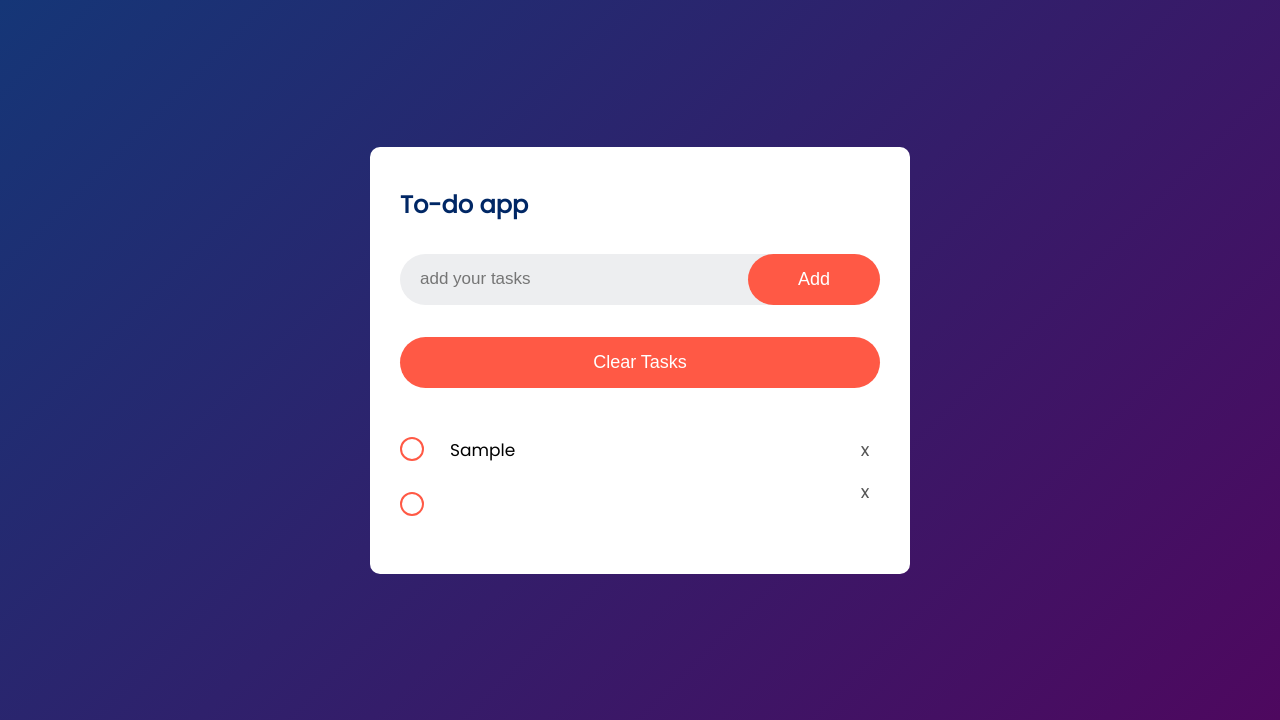
Repository: samoshi/To-do
Page: http://localhost/
An editor plug-in stored every save of this project. The page is shown before and after the next save, followed by the edit.
The browser window is 1280 px wide. The pictures show the whole page.
Empty fields were first filled with sample values (such as "Sample", 5 or name@example.com).
After loading, the first visible `button` was clicked once.
The page is served by the project's application, run on Flask 3 (app/app.py).

Above is the page before, as saved 2024-01-14 12:06:42.

After the next save:
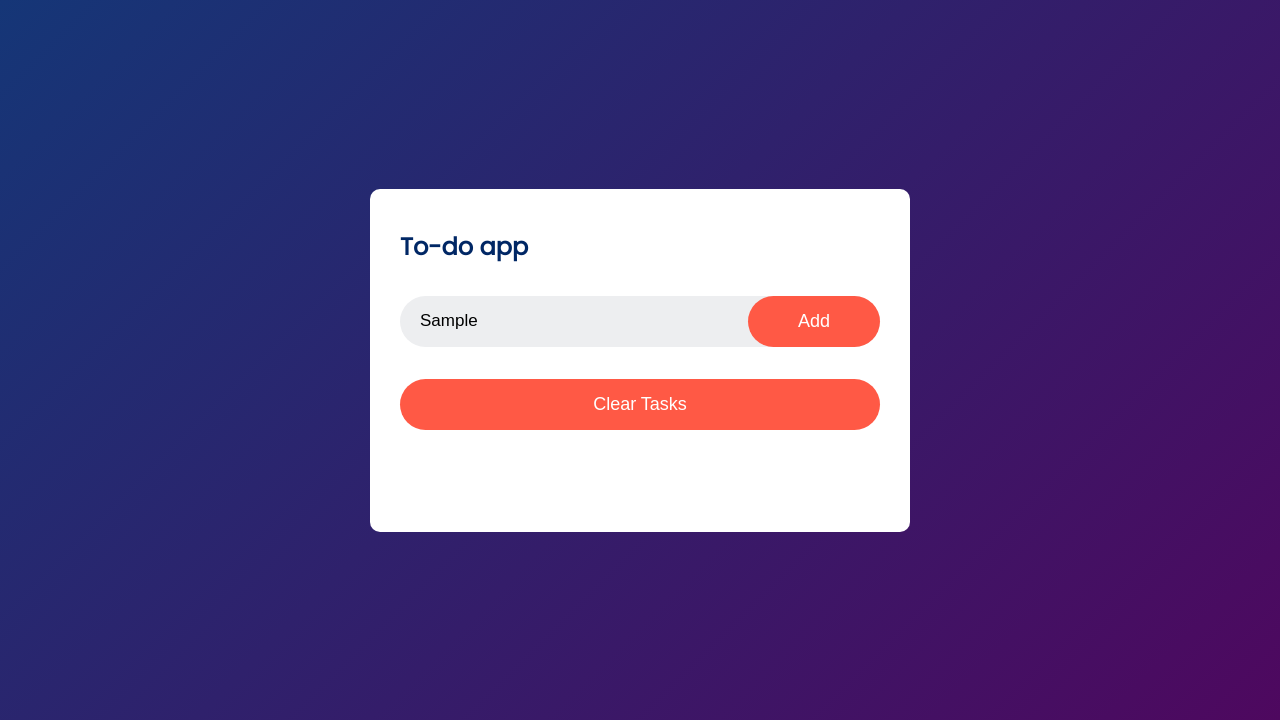
Console error: SyntaxError: Identifier 'inputBox' has already been declared
Saved 55 s later.
--- a/app/static/script.js
+++ b/app/static/script.js
@@ -1,21 +1,32 @@
-document.addEventListener('DOMContentLoaded', function () {
+// script.js
+
+const inputBox = document.getElementById("input-box");
+const button = document.querySelector("button");
+const list = document.getElementById("list-container");
+console.log("Script loaded!");
+
+// Rest of your code...
+
+function addTask() {
+    console.log("addTask function is called");
+    if (inputBox.value === "") {
+        alert("You must write something!");
+    } else {
+        let li = document.createElement("li");
+        li.innerHTML = inputBox.value;
+        list.appendChild(li);
+        inputBox.value = "";
+        let span = document.createElement("span");
+        span.innerHTML = "x";
+        li.appendChild(span);
+    }
+    saveData();
+}
+
+document.addEventListener("DOMContentLoaded", function () {
     const inputBox = document.getElementById("input-box");
     const button = document.querySelector("button");
     const list = document.getElementById("list-container");
-
-    console.log("Script loaded!");
-
-    function addTask() {
-        console.log("addTask function is called");
-        let li = document.createElement("li");
-        li.innerHTML = inputBox.value;
-        list.appendChild(li);
-        inputBox.value = '';
-        let span = document.createElement("span");
-        span.innerHTML = "x";
-        li.appendChild(span);
-        saveData();
-    }
 
     list.addEventListener("click", (e) => {
         if (e.target.tagName === "LI") {
@@ -40,10 +51,11 @@ document.addEventListener('DOMContentLoaded', function () {
         }
     }
 
-    function clearTasks() {
+    window.addEventListener("load", showTask);
+
+    // Clear Tasks function
+    window.clearTasks = function () {
         localStorage.removeItem("data");
         list.innerHTML = ""; // Clear the tasks from the visible list
-    }
-
-    window.addEventListener("load", showTask);
+    };
 });
